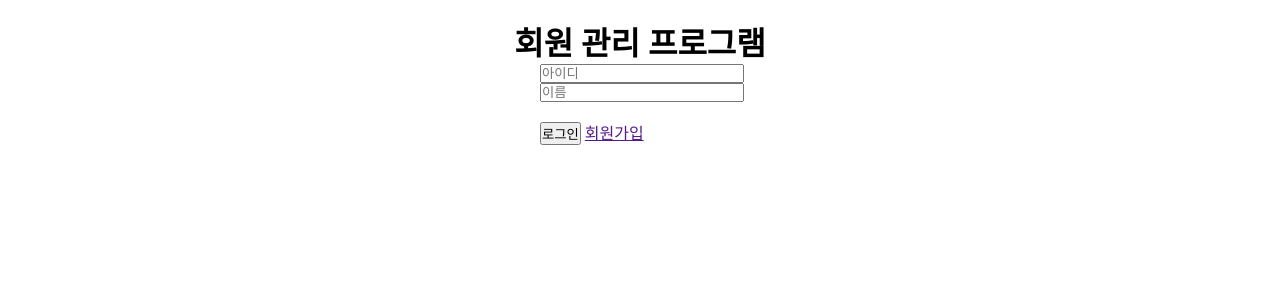
Repository: soeun1365/ServerProgram1
Page: http://localhost/ServerProgram1/login.jsp
These files come from the project's save history. The page is drawn as it stood at one moment and after the next save; the edit follows.
The browser window is 1280 px wide. The pictures show the whole page.
The page is served by Tomcat 9. Other server files are loaded and not shown.

Above is the page before, as saved 2021-06-14 06:30:02.

### ServerProgram1/WebContent/login.jsp
<%@ page language="java" contentType="text/html; charset=UTF-8"
    pageEncoding="UTF-8"%>
<!DOCTYPE html>
<html>
<head>
	<meta charset="UTF-8">
	<title>login</title>
	<style>
		*{
			padding: 0;
			margin: 0 auto;
		}
		h1{
			text-align: center;
		}
		form, input{
			width: 200px;
		}
	</style>
</head>
<body>

	<br>
	<h1>회원 관리 프로그램</h1>
	<form>

		<input type="text" placeholder="아이디"><br>
		<input type="text" placeholder="이름"><br>
		<br>
		<button>로그인</button>
		<a href="">회원가입</a>
	</form>
</body>
</html>

After the next save:
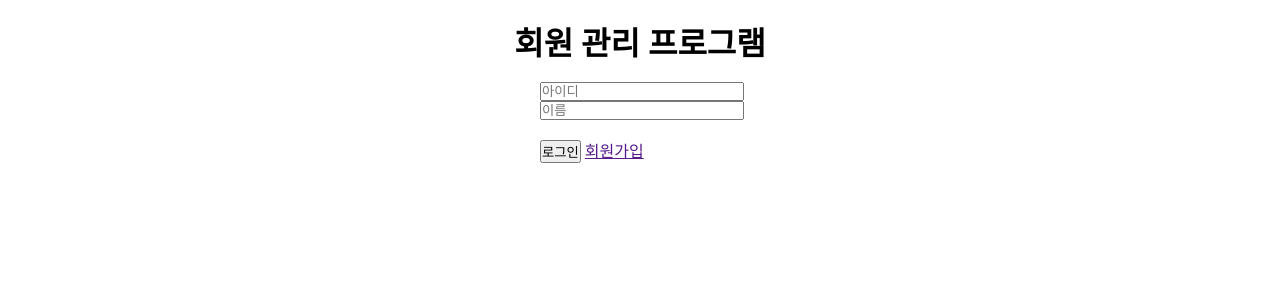
Saved 7 s later.
--- a/ServerProgram1/WebContent/login.jsp
+++ b/ServerProgram1/WebContent/login.jsp
@@ -21,7 +21,7 @@
 <body>
 
 	<br>
-	<h1>회원 관리 프로그램</h1>
+	<h1>회원 관리 프로그램</h1><br>
 	<form>
 
 		<input type="text" placeholder="아이디"><br>
